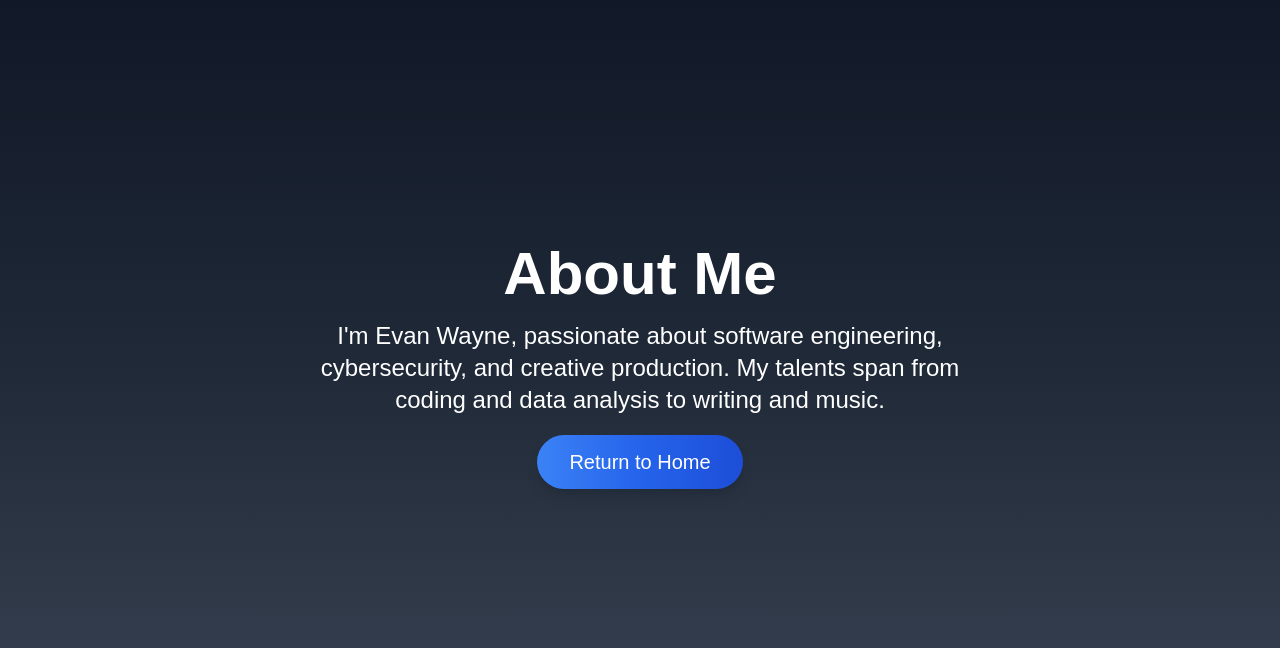
Repository: evnwyn/Evan-Wayne-s-Portfolio
Page: /about
An editor plug-in stored every save of this project. The page is shown before and after the next save, followed by the edit.
The browser window is 1280 px wide. The pictures show the whole page.
The project was rebuilt for these pictures with package versions that can differ from the ones it lists, and the page was loaded fresh each time. The framework's server and built-in components were replaced by stand-ins that run in the browser. Also part of the build but not shown: next.config.js.

Above is the page before, as saved 2024-10-09 21:11:43.

After the next save:
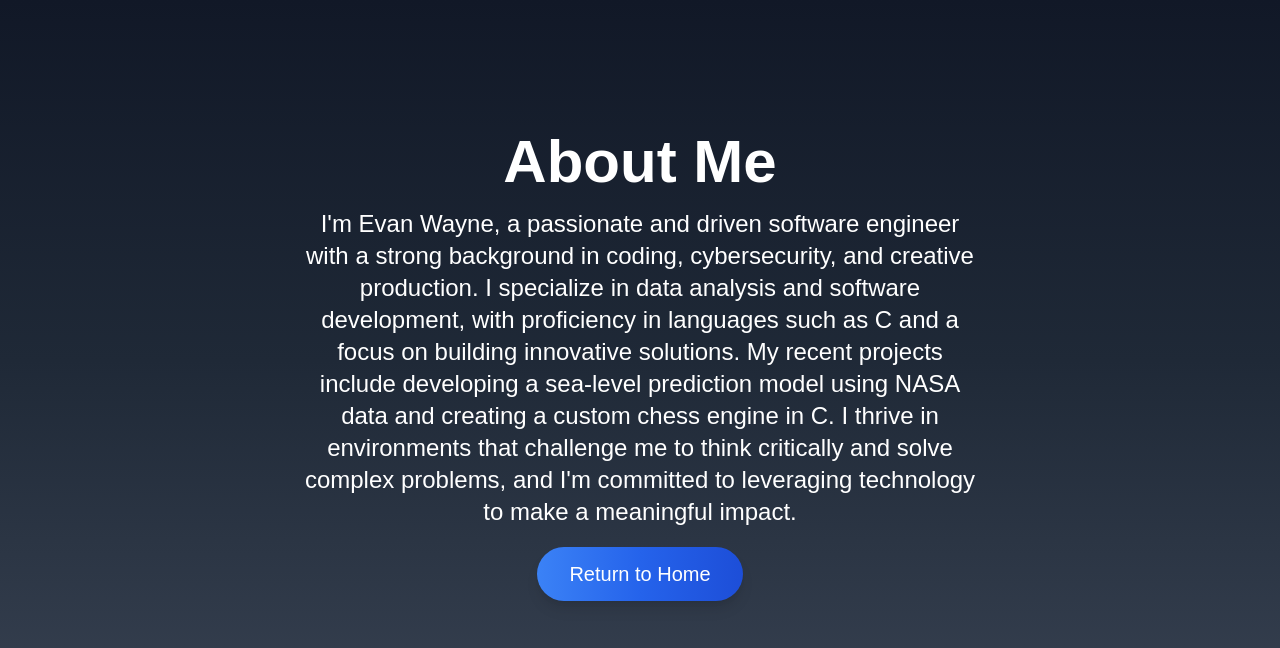
Saved 55 s later.
--- a/src/app/about/page.tsx
+++ b/src/app/about/page.tsx
@@ -10,7 +10,7 @@ export default function About() {
         About Me
       </h1>
       <p className="text-2xl text-center text-white max-w-2xl">
-        I'm Evan Wayne, passionate about software engineering, cybersecurity, and creative production. My talents span from coding and data analysis to writing and music.
+        I'm Evan Wayne, a passionate and driven software engineer with a strong background in coding, cybersecurity, and creative production. I specialize in data analysis and software development, with proficiency in languages such as C and a focus on building innovative solutions. My recent projects include developing a sea-level prediction model using NASA data and creating a custom chess engine in C. I thrive in environments that challenge me to think critically and solve complex problems, and I'm committed to leveraging technology to make a meaningful impact.
       </p>
 
       <div className="mt-8">
